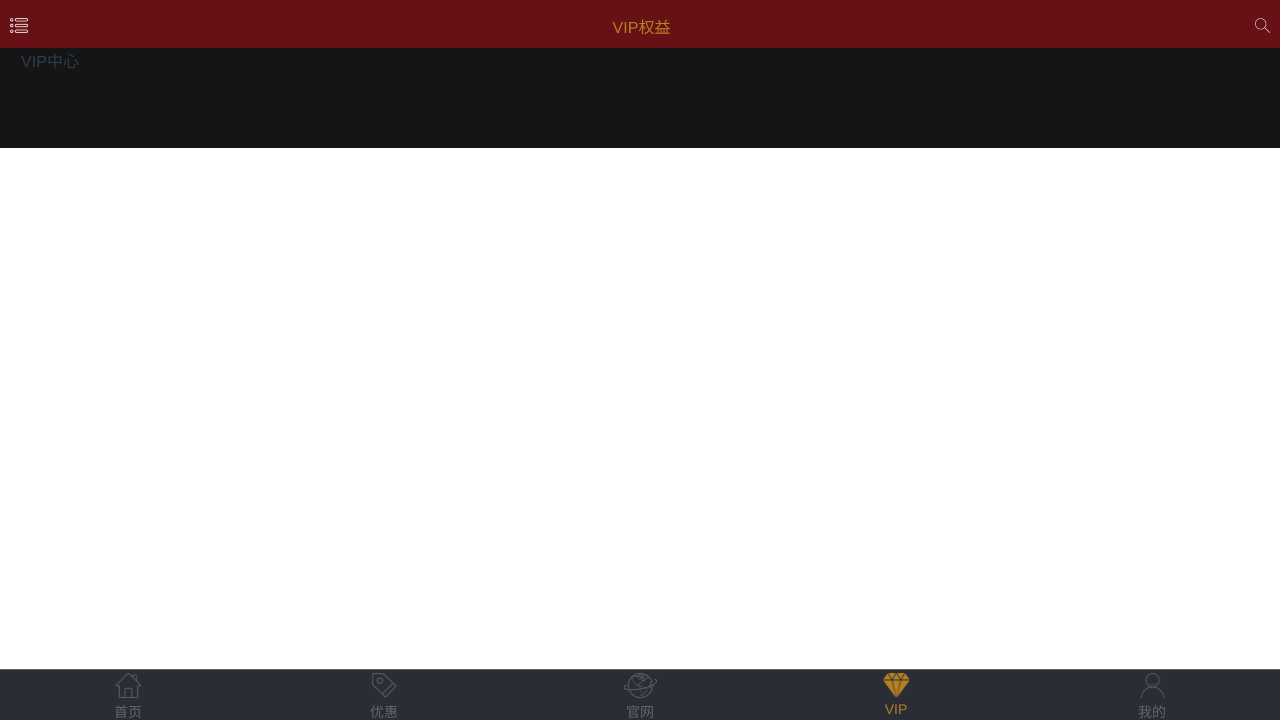
Repository: ada6688/IntegralMall
Page: /Vip
The author's editor kept a copy of each file at every save. The page is drawn from the files as they stood at one save, then again after the next save.
The browser window is 1280 px wide. The pictures show the whole page.
The project was rebuilt for these pictures with package versions that can differ from the ones it lists, and the page was loaded fresh each time. Also part of the build but not shown: src/components/common/Topnav.vue, src/components/page/notice.vue, src/components/page/shouye.vue, src/components/page/MainNav.vue, src/components/page/Member.vue, src/components/page/Youhui.vue.

Above is the page before, as saved 2020-01-01 15:36:50.

After the next save:
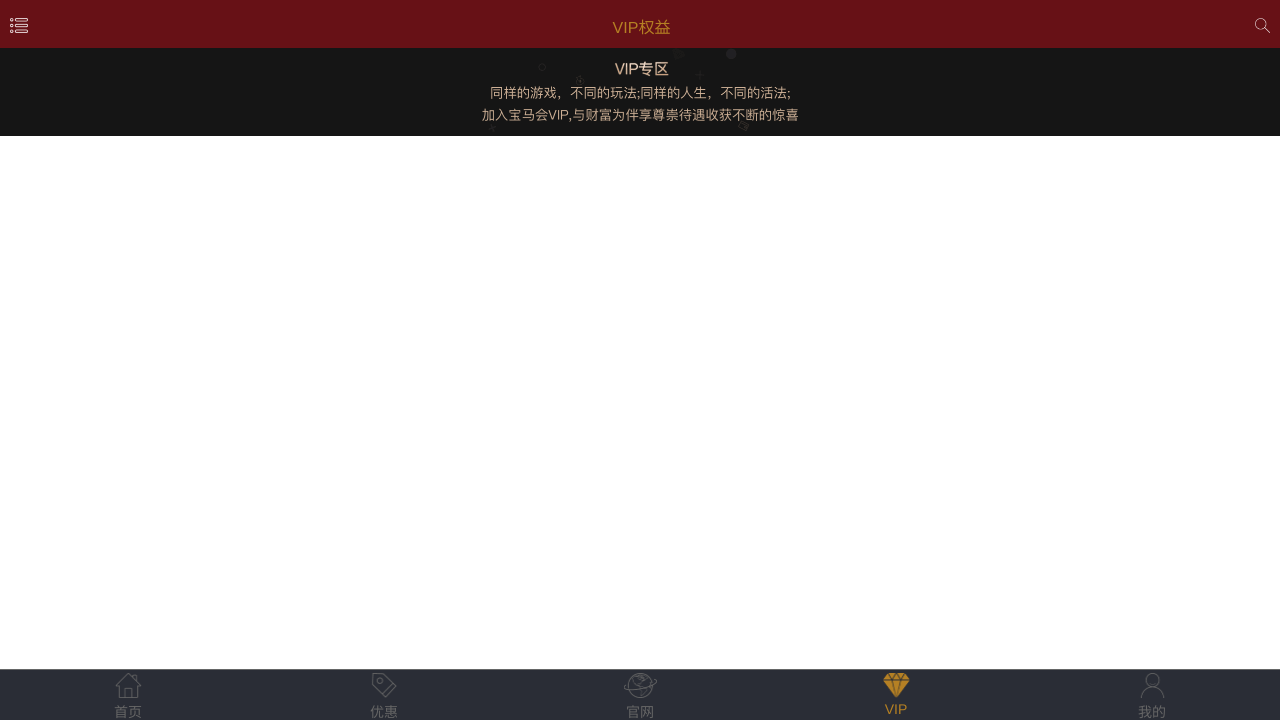
Saved 3 min 28 s later.
--- a/src/components/page/Vip.vue
+++ b/src/components/page/Vip.vue
@@ -2,7 +2,9 @@
   <div>
     <TopnavC></TopnavC>
     <div class="main-wrap">
-      <div style="width:100px;height:100px">VIP中心</div>
+      <div>
+        <img src="../../assets/images/VIP/VIP-T.png" alt="">
+      </div>
     </div>
     <Bottomnav></Bottomnav>
   </div>
